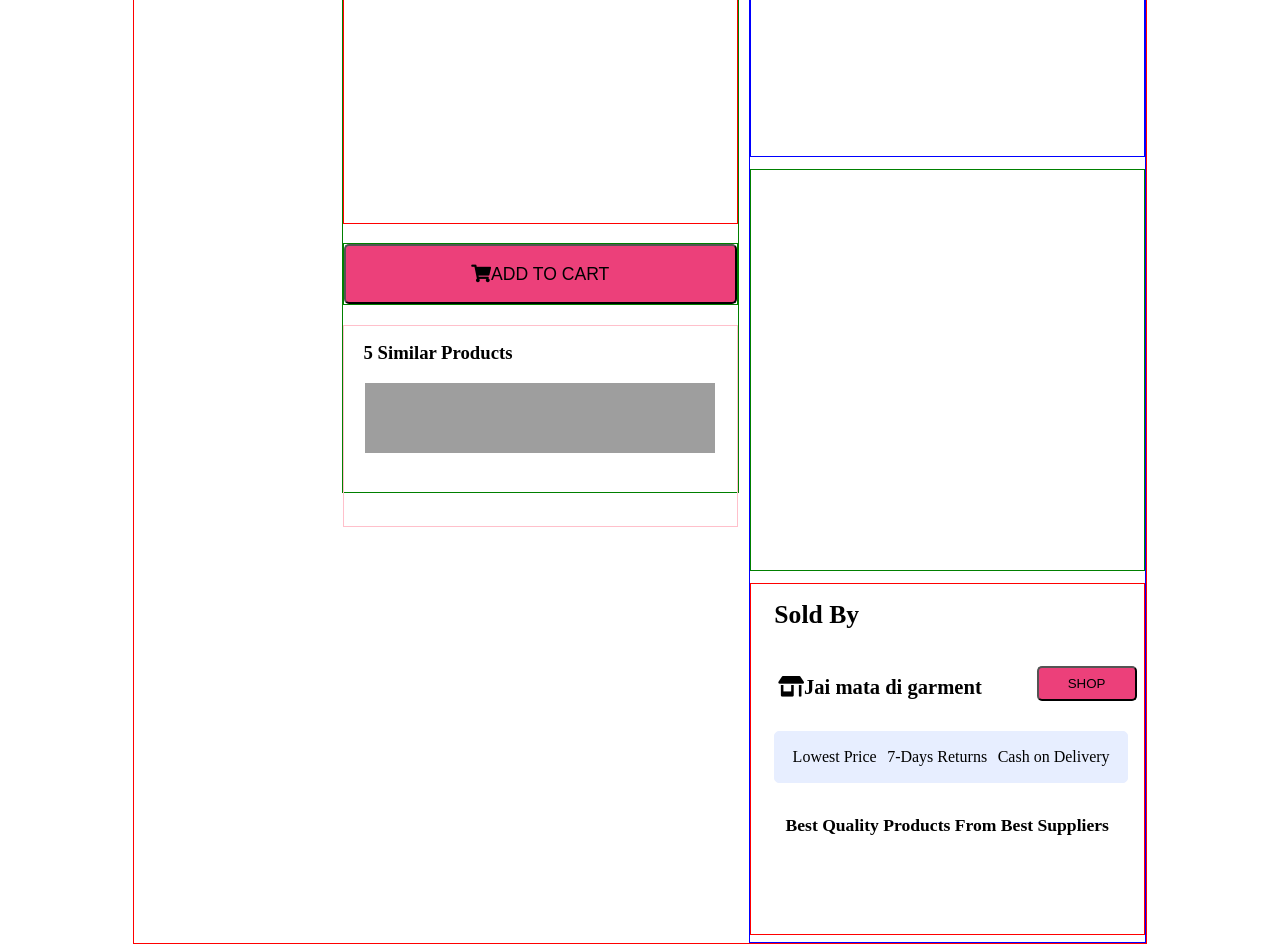
Repository: deepakxxxx/meesho
Page: catelog.html
These files come from the project's save history. The page is drawn as it stood at one moment and after the next save; the edit follows.
The browser window is 1280 px wide. The pictures show the part of the page from y = 419 to 1371 px (the page is 1371 px tall).
Pictures or frames that could not be fetched are drawn as grey boxes. A picture or video elsewhere on the page could not be fetched, so the positions and the page height are approximate.

Above is the page before, as saved 2021-11-06 17:57:52.

### catelog.html
<!DOCTYPE html>
<html lang="en">
<head>
    <meta charset="UTF-8">
    <meta http-equiv="X-UA-Compatible" content="IE=edge">
    <meta name="viewport" content="width=device-width, initial-scale=1.0">
    <link rel="stylesheet" href="https://use.fontawesome.com/releases/v5.15.4/css/all.css" integrity="sha384-DyZ88mC6Up2uqS4h/KRgHuoeGwBcD4Ng9SiP4dIRy0EXTlnuz47vAwmeGwVChigm" crossorigin="anonymous">
    <title>Document</title>
</head>
<style>
      #main{
        width: 100%;
        height: 136px;
        border: 1px solid white;
        margin: auto;
        /* position: fixed; */
    }
    #top{
        width: 100%;
        height: 70px;
        /* border: 1px solid red; */
        display: flex;

    }
    #left{
        display: flex;
        width: 55%;
    }
    #meesho{
      text-decoration: none;
      font-size: 50px;
      color: #F06292;
      font-weight: bold;
      margin-left: 25%;
      margin-top: 1%;
      /* margin-right: 0px; */
    }
    #search{
        /* margin-left: 30%; */
        height: 60px;
        width: 400px;
        border-radius: 6px;
        margin-top: 1%;
        /* margin-left: 0px; */
        border: 1px solid #BDBDBD;
        font-size: 90%;
        /* margin-right: 60%; */
    }
    #right{
        display: flex;
        list-style-type: none;
        column-gap: 30px;

    }
    #rightmain{
        width: 45%;
        margin-right: 6%;
        /* margin-top: 9px; */
    }
    #app{
        text-decoration: none;
        margin-left: 10px;
        margin-top: 9px;
        font-size: 103%;
        color: black;
    }
    #supp{
        text-decoration: none;
        margin-top: 9px;
        font-size: 103%;
        color: black;
    }
    #profile{
        text-decoration: none;
        font-size: 103%;
        color: black;
    }
    #cart{
        text-decoration: none;
        font-size: 103%;
        color: black;
    }
    #app:hover{
        color: #EC407A;
        text-decoration: underline;
    }
    #profile:hover{
        color: #EC407A;
        text-decoration: underline;
    }
    .line1{
        height: 30px;
    }
    .line2{
        color: #BDBDBD;
    }
    #heading
    {
        width: 73%;
        margin:  5% auto auto auto ;
        display: grid;
        grid-template-columns: 23% 54% 23%;
        padding: 1%;
        position: sticky;
    }
    #topic{
        margin-top:-15px;
        text-align: center;
    }
    #collection{
        display: flex;
        margin-left: 2%;
        list-style-type: none;
        font-size: 105%;
        column-gap: 63px;

    }
    ul > a{
        text-decoration: none;
        color: black;
    }
    ul > a :hover{
        color: #EC407A;
        /* text-decoration: underline; */
    }
    #container{
        width: 80%;
        border: 1px solid red;
        margin: auto;
        display: flex;
        margin-top: 1%;
        column-gap: 1%;
    }
    #smallImg{
        width: 20%;
        /* border: 1px solid blue; */
        height: 300px;
    }
    #bigImg{
        width: 40%;
        border: 1px solid green;
        height: 750px;
    }
    #descr{
        width: 40%;
        border: 1px solid blue;
        height: 1200px;
    }
    .product_sneek_peek{
        width: 70px;
        height: 70px;
        border: 1px solid red;
        margin-left: 69%;
        border-radius: 5px;
    }
    #imgDi{
        width: 99.5%;
        height: 480px;
        border: 1px solid red;
    }
    #addto{
        width: 99.5%;
        height: 60px;
        border: 1px solid green;
        margin-top: 5%;
    }
    #addto > button{
        width: 100%;
        height: 100%;
        background-color: #EC407A;
        font-size: 110%;
        border-radius: 5px;
    }
    #similar{
        width: 99.5%;
        height: 200px;
        border: 1px solid pink;
        margin-top: 5%;
    }
    #deta{
        width: 99.5%;
        height: 200px;
        border: 1px solid red;
    }
    #sizes{
        width: 99.5%;
        height: 200px;
        border: 1px solid blue;
        margin-top: 3%;
    }
    #infor{
        width: 99.5%;
        height: 400px;
        border: 1px solid green;
        margin-top: 3%;
    }
    #deler{
        width: 99.5%;
        height: 350px;
        border: 1px solid red;
        margin-top: 3%;
    }
    #similar > h3{
        margin-left: 5%;
        margin-top: 4%;
    }
    #simimg{
        display: flex;
        justify-content: center;
    }
    #simimg > img{
        width: 70px;
        height: 70px;
    }
    #deler > h3{
        margin-top: 4%;
        margin-left: 6%;
        font-size: 160%;
    }
    #sho{
        display: flex;
        margin-left: 7%;
        column-gap: 15%;
        font-size: 110%;
    }
    #sho > button{
        width: 100px;
        height: 35px;
        margin-top: 3%;
        background-color: #EC407A;
        border-radius: 5px;
    }
    #sho1{
        display: flex;
        margin-left: 6%;
        column-gap: 3%;
        border: 1px solid #e7eeff;
        justify-content: center;
        margin-right: 4%;
        background-color: #e7eeff;
        margin-top: 3%;
        border-radius: 5px;
    }
    #deler > h4{
        text-align: center;
        margin-top: 8%;
        font-size: 110%;
    }
</style>
<body>
    <div id="main">

        <div id="top">
            <div id="left">
             <span><a href="" id="meesho"><img src="https://cdn.hevodata.com/customer/logo/8c76f62bd88177a78bb6e2810a244446.png" alt="" rel = "icon" width="40%"></span></a>
             <span><input type="search" id="search" placeholder="Try Saree,Kurti or Search by Product Code"> </span>
            </div>
            <div id="rightmain">
                <ul id="right">
                    <div id="app">
                      <li><a href="" id="app"><i class="fas fa-mobile-alt"></i></a><a href="" id="app">Download App</a></li>

                    </div>
                    <hr class="line1">
                    <div id="supp">
                      <li><a href="" id="supp">Become a Supplier</a></li>

                    </div>
                    <hr class="line1">
                    <div>
                       <a href="" id="profile"><i class="far fa-user"></i></a>
                      <li><a href="" id="profile">Profile</a></li>
                    </div>

                    <hr class="line1">
                    <div>
                      <a href="" id="cart"><i class="fas fa-shopping-cart"></i></a>
                      <li><a href="" id="cart">Cart</a></li></li>
                    </div>

                </ul>
            </div>
        </div>

        <hr class="line2">
        <div id="secondLine">
        <ul id="collection">
            <a href="" class="same"><li>Women Ethnic</li></a>

            <a href="" class="same"><li>Women Western</li></a>

            <a href="" class="same"><li>Jewellery & Accessories</li></a>
            <a href="" class="same"><li>Men</li></a>
            <a href="" class="same"><li>Beauty & Health</li></a>
            <a href="" class="same"><li>Bags & Footwear</li></a>
            <a href="" class="same"><li>Home & Kitchen</li></a>
            <a href="" class="same"><li>Kids</li></a>
            <a href="" class="same"><li>Electronics</li></a>
        </ul>
      </div>
      <hr class="line2">
    </div>

    <div id="container">
        <div id="smallImg">
            <div class="product_sneek_peek">

            </div>
        </div>
        <div id="bigImg">
            <div id="imgDi">

            </div>
            <div id="addto">
                <button><i class="fas fa-shopping-cart"></i>ADD TO CART</button>
            </div>
            <div id="similar">
            <h3>5 Similar Products</h3>
            <div id="simimg">
                <img src="https://images.meesho.com/images/products/59272960/fddtp_512.jpg"/>
                <img src="https://images.meesho.com/images/products/59272964/a4l8y_512.jpg"/>
                <img src="https://images.meesho.com/images/products/59272962/azz7k_512.jpg"/>
                <img src="https://images.meesho.com/images/products/59272963/a5qjv_512.jpg"/>
                <img src="https://images.meesho.com/images/products/59272961/mx9tt_512.jpg"/>
            </div>
            </div>
        </div>
        <div id="descr">
            <div id="deta"></div>
            <div id="sizes"></div>
            <div id="infor"></div>
            <div id="deler">
                <h3>Sold By</h3>
                <div id="sho">
                    <h3><i class="fas fa-store-alt"></i>Jai mata di garment</h3>
                    <button>SHOP</button>
                </div>
                <div id="sho1">
                <p>Lowest Price</p>
                <p>7-Days Returns</p>
                <p>Cash on Delivery</p>
                </div>
                <h4>Best Quality Products From Best Suppliers</h4>
            </div>
        </div>
    </div>
</body>
</html>

After the next save:
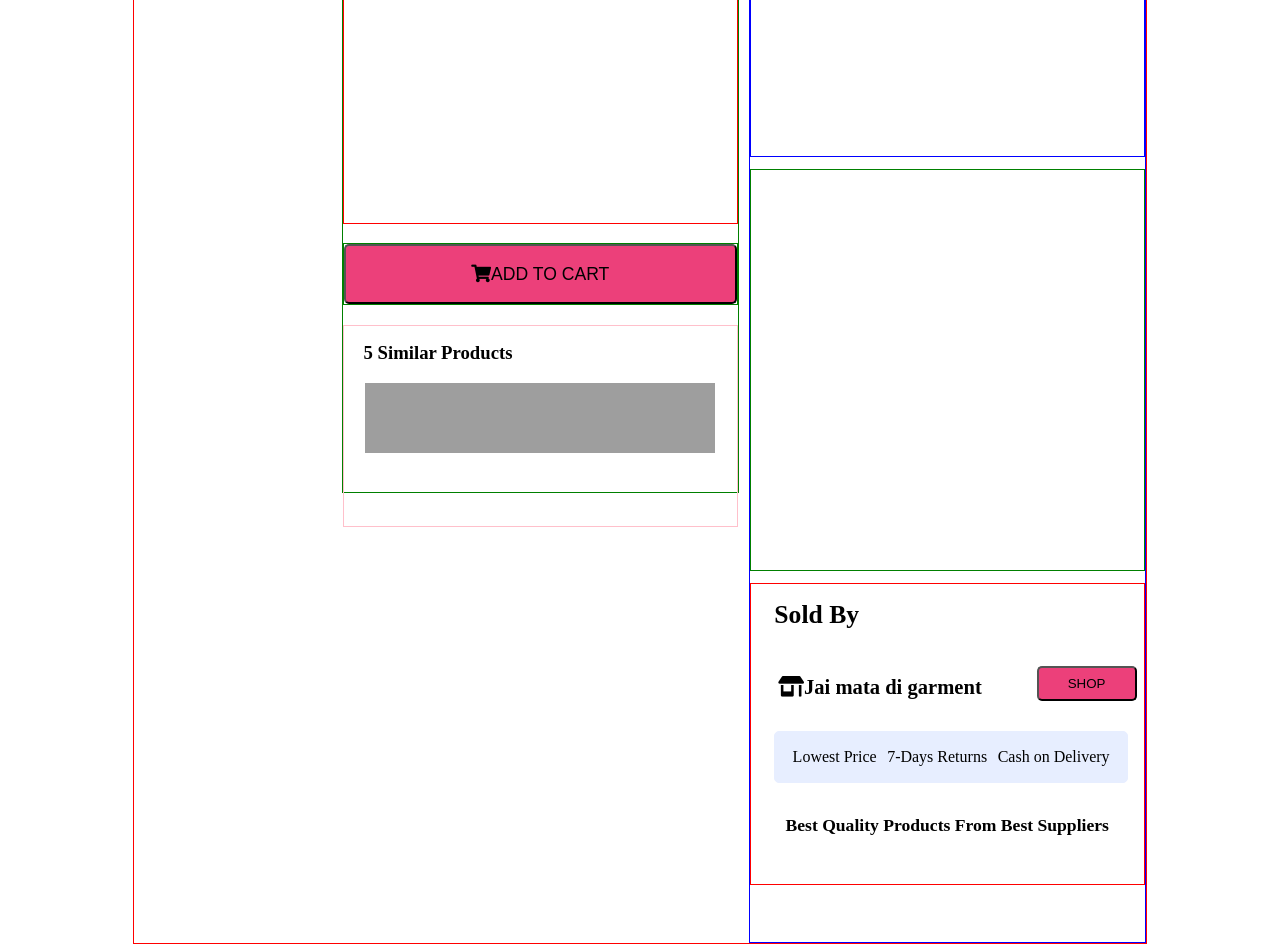
Saved 17 s later.
--- a/catelog.html
+++ b/catelog.html
@@ -196,7 +196,7 @@
     }
     #deler{
         width: 99.5%;
-        height: 350px;
+        height: 300px;
         border: 1px solid red;
         margin-top: 3%;
     }
